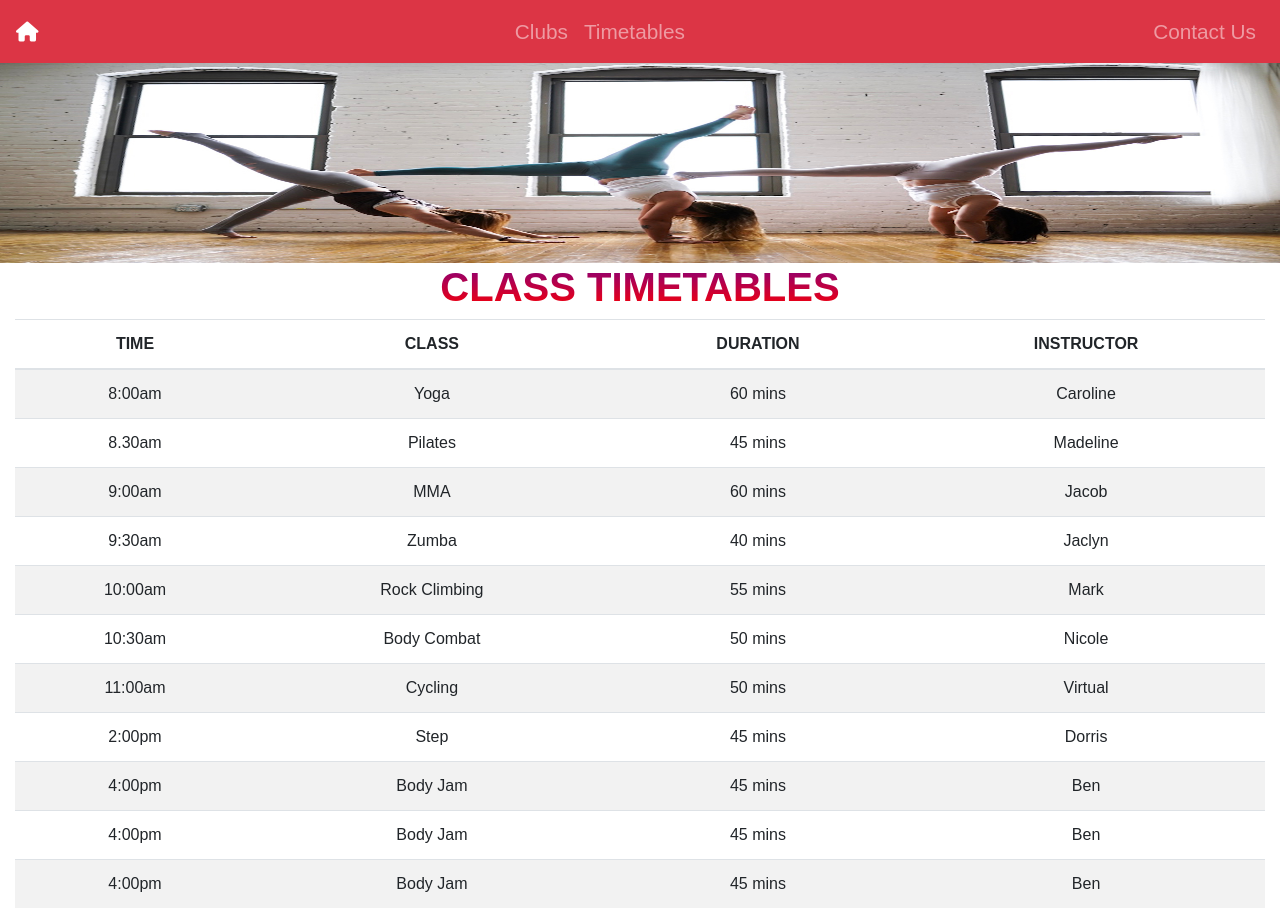
Repository: KJY93/User_Centric_Frontend_Development_Project
Page: timetables.html
The author's editor kept a record of every edit. The page is drawn from the files as they stood at one moment, then again after the next edit.
The browser window is 1280 px wide. The pictures show the whole page.
Some web fonts or font styles are not loaded; a fallback is used. Some web libraries are served in a nearby version.

Above is the page before.

After the next edit:
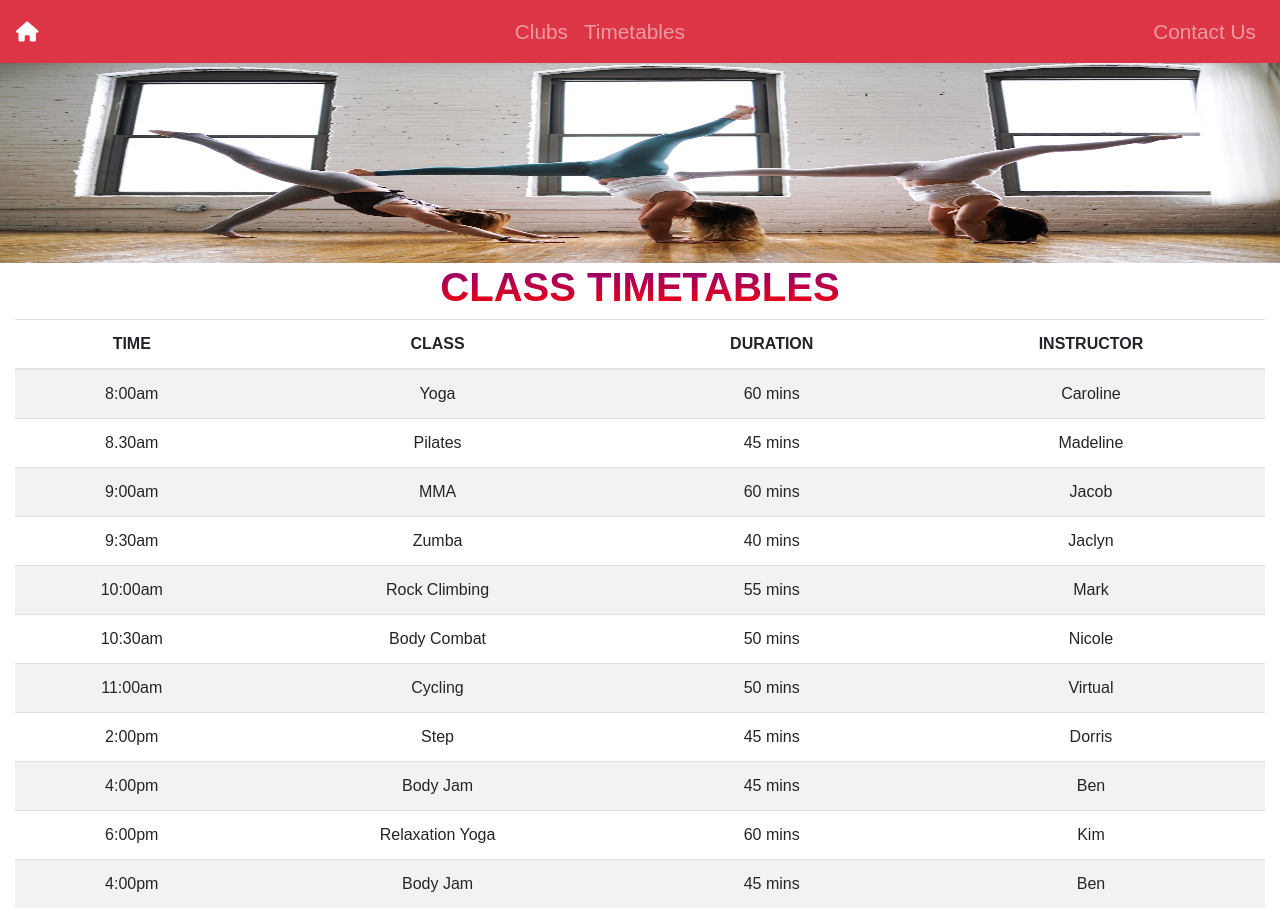
The edit:
--- a/timetables.html
+++ b/timetables.html
@@ -128,10 +128,10 @@
                             <td>Ben</td>
                         </tr>
                         <tr>
-                            <td>4:00pm</td>
-                            <td>Body Jam</td>
-                            <td>45 mins</td>
-                            <td>Ben</td>
+                            <td>6:00pm</td>
+                            <td>Relaxation Yoga</td>
+                            <td>60 mins</td>
+                            <td>Kim</td>
                         </tr>
                         <tr>
                             <td>4:00pm</td>
